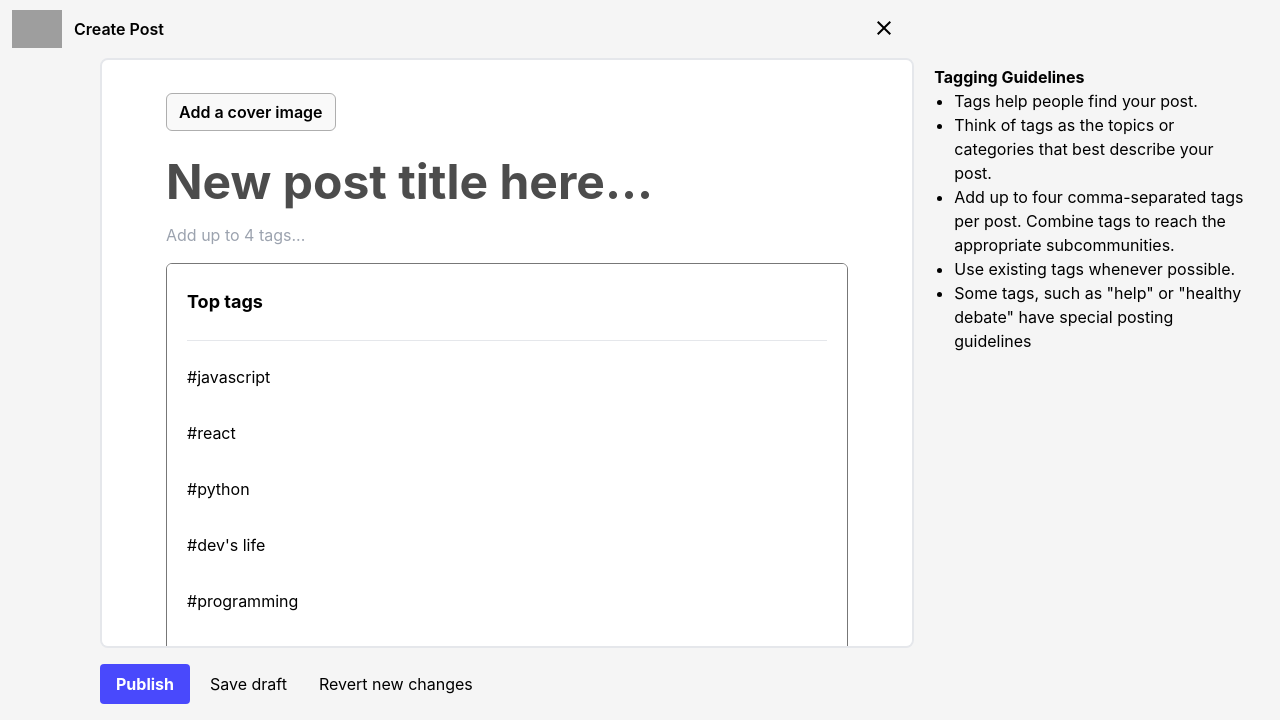
Repository: dat-nguyen-2001/Dev.to
Page: /new (app in client/)
The author's editor kept a copy of each file at every save. The page is drawn from the files as they stood at one save, then again after the next save.
The browser window is 1280 px wide. The pictures show the whole page.
Pictures or frames that could not be fetched are drawn as grey boxes. An inner scrolling area shows only its first screen. The project was rebuilt for these pictures with package versions that can differ from the ones it lists, and the page was loaded fresh each time. Also part of the build but not shown: client/src/components/Footer.tsx, client/src/components/nav/GuestNav.tsx, client/src/components/nav/NavBar.tsx, client/src/components/Layout.tsx, client/src/pages/about.tsx, client/src/components/SignInForm.tsx, client/src/components/SignInPlatform.tsx, client/src/pages/enter.tsx and 1 more.

Above is the page before, as saved 2022-09-25 12:03:11.

After the next save:
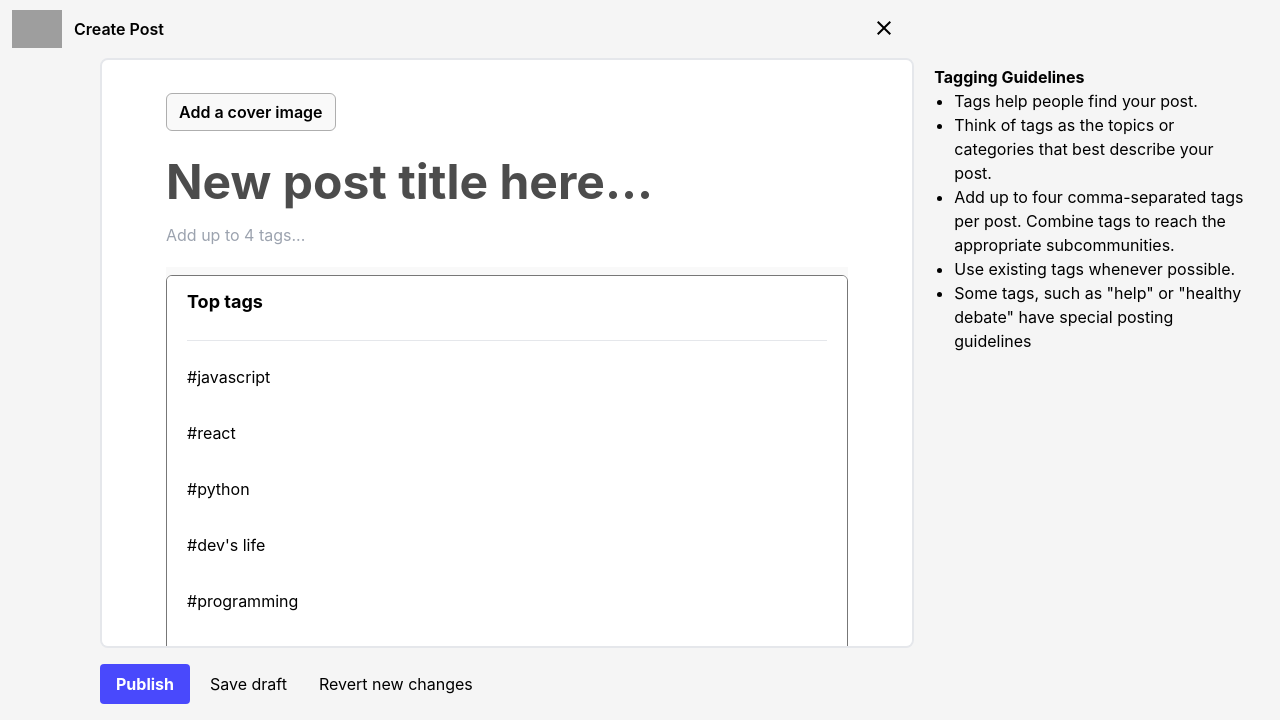
Saved 8 s later.
--- a/client/src/pages/new.tsx
+++ b/client/src/pages/new.tsx
@@ -75,7 +75,7 @@ const New = () => {
                     </form>
                     <form className='relative'>
                         <input placeholder='Add up to 4 tags...' className='w-full outline-none' />
-                        <div className='z-[100] absolute top-10 flex flex-col space-y-3 px-5 py-3 bg-white w-full border-[.1em] border-solid border-[#777] rounded-md max-h-[500px] overflow-y-auto'>
+                        <div className='z-[100] absolute top-10 flex flex-col space-y-3 px-5 my-3 bg-white w-full border-[.1em] border-solid border-[#777] rounded-md max-h-[500px] overflow-y-auto'>
                             <h2 className='text-lg font-bold py-3'>Top tags</h2>
                             <hr></hr>
                             <ul className='flex flex-col space-y-2 cursor-pointer'>
